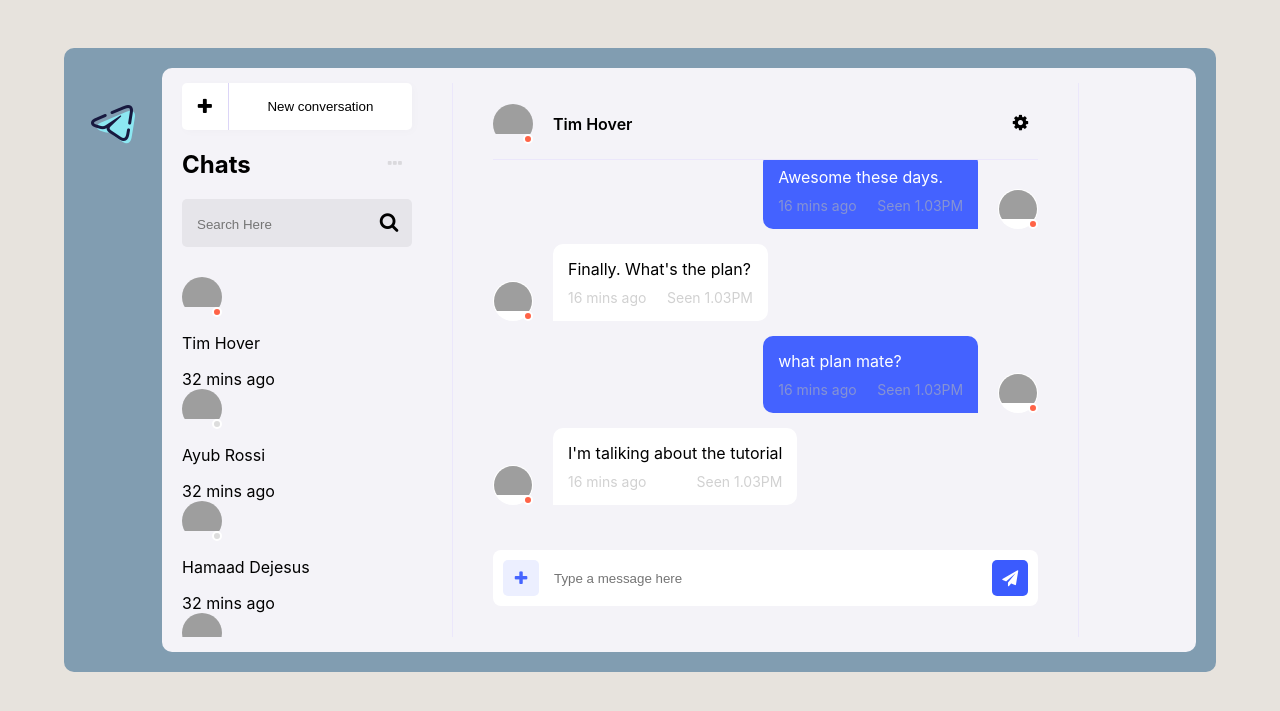
Repository: ComplexCodes/Chat-app
Page: /
The author's editor kept a copy of each file at every save. The page is drawn from the files as they stood at one save, then again after the next save.
The browser window is 1280 px wide. The pictures show the whole page.
Pictures or frames that could not be fetched are drawn as grey boxes. An inner scrolling area shows only its first screen. The project was rebuilt for these pictures with package versions that can differ from the ones it lists, and the page was loaded fresh each time.

Above is the page before, as saved 2023-06-26 09:43:41.

### public/index.html
<!DOCTYPE html>
<html lang="en">
  <head>
    <meta charset="utf-8" />
    <link rel="icon" href="%PUBLIC_URL%/favicon.ico" />
    <meta name="viewport" content="width=device-width, initial-scale=1" />
    <meta name="theme-color" content="#000000" />
    <meta
      name="description"
      content="Web site created using create-react-app"
    />
    <link rel="apple-touch-icon" href="%PUBLIC_URL%/logo192.png" />
    <!--
      manifest.json provides metadata used when your web app is installed on a
      user's mobile device or desktop. See https://developers.google.com/web/fundamentals/web-app-manifest/
    -->
    <link rel="manifest" href="%PUBLIC_URL%/manifest.json" />
    <!--
      Notice the use of %PUBLIC_URL% in the tags above.
      It will be replaced with the URL of the `public` folder during the build.
      Only files inside the `public` folder can be referenced from the HTML.

      Unlike "/favicon.ico" or "favicon.ico", "%PUBLIC_URL%/favicon.ico" will
      work correctly both with client-side routing and a non-root public URL.
      Learn how to configure a non-root public URL by running `npm run build`.
    -->
    <title>React Chat App</title>
    <link
    rel="stylesheet"
       href="https://stackpath.bootstrapcdn.com/font-awesome/4.7.0/css/font-awesome.min.css"
    />
  </head>
  <body>

    <div id="root"></div>
    <!--
      This HTML file is a template.
      If you open it directly in the browser, you will see an empty page.

      You can add webfonts, meta tags, or analytics to this file.
      The build step will place the bundled scripts into the <body> tag.

      To begin the development, run `npm start` or `yarn start`.
      To create a production bundle, use `npm run build` or `yarn build`.
    -->
  </body>
</html>

### src/App.js
import react from "react";
import './App.css';
import Nav from "./components/nav/Nav";
import ChatBody from "./components/chatBody/ChatBody";

function App() {
  return (
    <div className="_main">
      <Nav />
      <ChatBody />
    </div>
  );
}

export default App;

### src/App.css
*{
  box-sizing: border-box;
}
html,
body{
  height: 100%;
}
#root {
  background-color: rgb(231, 227, 221);
  display: flex;
  justify-content: center;
  align-items: center;
  height: 100%;
}
._main {
  max-width: 90%;
  margin: auto;
  background-color: #819db1;
  min-height: 80vh;
  width: 100%;
  border-radius: 10px;
  padding: 20px;
  display: flex;
  padding-left: 0;
}
.btn {
  background-color: #fff;
  border: none;
  outline: none;
  cursor: pointer;
  width: 230px;
  height: 47px;
  line-height: 47px;
  border-radius: 5px;
  box-shadow: 2px 2px 10px rgba(0, 0, 0, 0.02);
  display: flex;
  padding: 0;
  transition: all 0.3s ease-in-out;
}
.btn:hover {
  background-color: #4664ff;
  color: #fff;
  transform: scale(1.02);
}
.btn i {
  flex: 0.2;
  display: flex;
  justify-content: center;
  align-items: center;
  height: 100%;
  font-size: 18px;
  border-right: 1px solid #dcd5f7;
}
.btn span {
  flex: 0.8;
  display: flex;
  justify-content: center;
  align-items: center;
}

/* width */
::-webkit-scrollbar {
  width: 5px;
}

/* Track */
::-webkit-scrollbar-track {
  background: #f1f1f1;
}

/* Handle */
::-webkit-scrollbar-thumb {
  background: #6c84ff;
  border-radius: 10px;
}

/* Handle on hover */
::-webkit-scrollbar-thumb:hover {
  background: #3b5bfe;
}

### src/components/nav/Nav.js
import React, { Component } from 'react';
import "./nav.css";
import logo from"./../../images/logo.png";

export default class Nav extends Component {
    render() {
        return(
            <div className='nav'>
               <div className='nav_blocks'>
                  <img src = {logo}></img>
               </div>
               <div className='nav_blocks'></div>
               <div className='nav_blocks'></div>
            </div>
        )
    }
}

### src/components/chatBody/ChatBody.js
import React, { Component } from "react";
import "./chatBody.css";
import ChatList from "../chatList/ChatList";
import ChatContent from "../chatContent/ChatContent";
import UserProfile from "../userProfile/UserProfile";

export default class chatBody extends Component {
    render() {
        return (
        <div className="main_chatbody">
            <ChatList />
            <ChatContent />
            <UserProfile />
        </div>
        );
    }
}

### src/components/nav/nav.css
.nav {
    max-width: 100px;
    display: flex;
    justify-content: space-between;
    flex-direction: column;
    padding: 0 25px;
    padding-top: 30px;
  }
  .nav img {
    display: block;
    max-width: 100%;
    cursor: pointer;
  }

### src/components/chatBody/chatBody.css
.main_chatbody {
    flex-grow: 1;
    background-color: #f4f3f8;
    border-radius: 10px;
    padding: 15px 20px;
    display: flex;
  }

### src/components/chatList/ChatList.js
import React, { Component } from "react";
import "./chatList.css";
import ChatListItems from "./ChatListItems";

export default class ChatList extends Component {
  allChatUsers = [
    {
      image:
        "https://encrypted-tbn0.gstatic.com/images?q=tbn%3AANd9GcTA78Na63ws7B7EAWYgTr9BxhX_Z8oLa1nvOA&usqp=CAU",
      id: 1,
      name: "Tim Hover",
      active: true,
      isOnline: true,
    },
    {
      image:
        "https://pbs.twimg.com/profile_images/1055263632861343745/vIqzOHXj.jpg",
      id: 2,
      name: "Ayub Rossi",
      active: false,
      isOnline: false,
    },
    {
      image:
        "https://encrypted-tbn0.gstatic.com/images?q=tbn%3AANd9GcTQEZrATmgHOi5ls0YCCQBTkocia_atSw0X-Q&usqp=CAU",
      id: 3,
      name: "Hamaad Dejesus",
      active: false,
      isOnline: false,
    },
    {
      image:
        "https://encrypted-tbn0.gstatic.com/images?q=tbn%3AANd9GcRZ6tM7Nj72bWjr_8IQ37Apr2lJup_pxX_uZA&usqp=CAU",
      id: 4,
      name: "Eleni Hobbs",
      active: false,
      isOnline: true,
    },
    {
      image:
        "https://encrypted-tbn0.gstatic.com/images?q=tbn%3AANd9GcRJo1MiPQp3IIdp54vvRDXlhbqlhXW9v1v6kw&usqp=CAU",
      id: 5,
      name: "Elsa Black",
      active: false,
      isOnline: false,
    },
    {
      image:
        "https://huber.ghostpool.com/wp-content/uploads/avatars/3/596dfc2058143-bpfull.png",
      id: 6,
      name: "Kayley Mellor",
      active: false,
      isOnline: true,
    },
    {
      image:
        "https://www.paintingcontest.org/components/com_djclassifieds/assets/images/default_profile.png",
      id: 7,
      name: "Hasan Mcculloch",
      active: false,
      isOnline: true,
    },
    {
      image:
        "https://auraqatar.com/projects/Anakalabel/media//vesbrand/designer4.jpg",
      id: 8,
      name: "Autumn Mckee",
      active: false,
      isOnline: false,
    },
    {
      image:
        "https://encrypted-tbn0.gstatic.com/images?q=tbn%3AANd9GcSM6p4C6imkewkCDW-9QrpV-MMAhOC7GnJcIQ&usqp=CAU",
      id: 9,
      name: "Allen Woodley",
      active: false,
      isOnline: true,
    },
    {
      image: "https://pbs.twimg.com/profile_images/770394499/female.png",
      id: 10,
      name: "Manpreet David",
      active: false,
      isOnline: true,
    },
  ];
  constructor(props) {
    super(props);
    this.state = {
      allChats: this.allChatUsers,
    };
  }
  render() {
    return (
      <div className="main_chatlist">
        <button className="btn">
          <i className="fa fa-plus"></i>
          <span>New conversation</span>
        </button>
        <div className="chatlist_heading">
          <h2>Chats</h2>
          <button className="btn-nobg">
            <i className="fa fa-ellipsis-h"></i>
          </button>
        </div>
        <div className="chatList_search">
          <div className="search_wrap">
            <input type="text" placeholder="Search Here" required />
            <button className="search-btn">
              <i className="fa fa-search"></i>
            </button>
          </div>
        </div>
        <div className="chatlist_items">
          {this.state.allChats.map((item, index) => {
            return (
              <ChatListItems
                name={item.name}
                key={item.id}
                animationDelay={index + 1}
                active={item.active ? "active" : ""}
                isOnline={item.isOnline ? "active" : ""}
                image={item.image}
              />
            );
          })}
        </div>
      </div>
    );
  }
}

### src/components/chatContent/ChatContent.js
import React, { Component, useState, createRef, useEffect } from "react";

import "./chatContent.css";
import Avatar from "../chatList/Avatar";
import ChatItem from "./ChatItem";

export default class ChatContent extends Component {
  messagesEndRef = createRef(null);
  chatItms = [
    {
      key: 1,
      image:
        "https://pbs.twimg.com/profile_images/1116431270697766912/-NfnQHvh_400x400.jpg",
      type: "",
      msg: "Hi Tim, How are you?",
    },
    {
      key: 2,
      image:
        "https://encrypted-tbn0.gstatic.com/images?q=tbn%3AANd9GcTA78Na63ws7B7EAWYgTr9BxhX_Z8oLa1nvOA&usqp=CAU",
      type: "other",
      msg: "I am fine.",
    },
    {
      key: 3,
      image:
        "https://encrypted-tbn0.gstatic.com/images?q=tbn%3AANd9GcTA78Na63ws7B7EAWYgTr9BxhX_Z8oLa1nvOA&usqp=CAU",
      type: "other",
      msg: "What about you?",
    },
    {
      key: 4,
      image:
        "https://pbs.twimg.com/profile_images/1116431270697766912/-NfnQHvh_400x400.jpg",
      type: "",
      msg: "Awesome these days.",
    },
    {
      key: 5,
      image:
        "https://encrypted-tbn0.gstatic.com/images?q=tbn%3AANd9GcTA78Na63ws7B7EAWYgTr9BxhX_Z8oLa1nvOA&usqp=CAU",
      type: "other",
      msg: "Finally. What's the plan?",
    },
    {
      key: 6,
      image:
        "https://pbs.twimg.com/profile_images/1116431270697766912/-NfnQHvh_400x400.jpg",
      type: "",
      msg: "what plan mate?",
    },
    {
      key: 7,
      image:
        "https://encrypted-tbn0.gstatic.com/images?q=tbn%3AANd9GcTA78Na63ws7B7EAWYgTr9BxhX_Z8oLa1nvOA&usqp=CAU",
      type: "other",
      msg: "I'm taliking about the tutorial",
    },
  ];

  constructor(props) {
    super(props);
    this.state = {
      chat: this.chatItms,
      msg: "",
    };
  }

  scrollToBottom = () => {
    this.messagesEndRef.current.scrollIntoView({ behavior: "smooth" });
  };

  componentDidMount() {
    window.addEventListener("keydown", (e) => {
      if (e.keyCode == 13) {
        if (this.state.msg != "") {
          this.chatItms.push({
            key: 1,
            type: "",
            msg: this.state.msg,
            image:
              "https://pbs.twimg.com/profile_images/1116431270697766912/-NfnQHvh_400x400.jpg",
          });
          this.setState({ chat: [...this.chatItms] });
          this.scrollToBottom();
          this.setState({ msg: "" });
        }
      }
    });
    this.scrollToBottom();
  }
  onStateChange = (e) => {
    this.setState({ msg: e.target.value });
  };

  render() {
    return (
      <div className="main__chatcontent">
        <div className="content__header">
          <div className="blocks">
            <div className="current-chatting-user">
              <Avatar
                isOnline="active"
                image="https://encrypted-tbn0.gstatic.com/images?q=tbn%3AANd9GcTA78Na63ws7B7EAWYgTr9BxhX_Z8oLa1nvOA&usqp=CAU"
              />
              <p>Tim Hover</p>
            </div>
          </div>

          <div className="blocks">
            <div className="settings">
              <button className="btn-nobg">
                <i className="fa fa-cog"></i>
              </button>
            </div>
          </div>
        </div>
        <div className="content__body">
          <div className="chat__items">
            {this.state.chat.map((itm, index) => {
              return (
                <ChatItem
                  animationDelay={index + 2}
                  key={itm.key}
                  user={itm.type ? itm.type : "me"}
                  msg={itm.msg}
                  image={itm.image}
                />
              );
            })}
            <div ref={this.messagesEndRef} />
          </div>
        </div>
        <div className="content__footer">
          <div className="sendNewMessage">
            <button className="addFiles">
              <i className="fa fa-plus"></i>
            </button>
            <input
              type="text"
              placeholder="Type a message here"
              onChange={this.onStateChange}
              value={this.state.msg}
            />
            <button className="btnSendMsg" id="sendMsgBtn">
              <i className="fa fa-paper-plane"></i>
            </button>
          </div>
        </div>
      </div>
    );
  }
}

### src/components/userProfile/UserProfile.js
import React, { Component } from "react";

export default class UserProfile extends Component{
    render() {
        return <div></div>;
    }
}

### src/components/chatList/chatList.css
.main_chatlist {
    border-right: 1px solid #ebe7fb;
    padding: 0 40px 0 0px;
  }
  .chatlist_heading {
    display: flex;
    justify-content: space-between;
    align-items: center;
  }
  .btn-nobg {
    background-color: transparent;
    border: none;
    box-shadow: none;
    font-size: 18px;
    cursor: pointer;
    padding: 10px;
    color: #dad9dd;
    outline: none;
  }
  .search_wrap {
    background-color: #e6e5ea;
    border-radius: 5px;
  }
  .search_wrap input {
    background-color: transparent;
    border: none;
    padding: 15px 15px;
    outline: none;
    width: 80%;
    padding-right: 0;
  }
  .search-btn {
    height: 46px;
    border: none;
    background-color: transparent;
    outline: none;
    width: 20%;
    cursor: pointer;
    font-size: 20px;
  }
  .chatlist_items {
    margin-top: 30px;
    overflow: auto;
    max-height: calc(100vh - calc(100vh / 2));
  }

  .chatlist_item {
    display: flex;
    border-bottom: 1px solid #ebe7fb;
    padding-bottom: 10px;
    margin-top: 10px;
    cursor: pointer;
    padding: 10px 10px 10px 20px;
    transition: all 0.3s cubic-bezier(0.88, 0.19, 0.37, 1.11);
    transform: scale(0);
    animation-name: showIn;
    animation-duration: 0.2s; /* or: Xms */
    animation-iteration-count: 1;
    animation-direction: normal; /* or: normal */
    animation-timing-function: cubic-bezier(
      0.88,
      0.19,
      0.37,
      1.11
    ); /* or: ease, ease-in, ease-in-out, linear, cubic-bezier(x1, y1, x2, y2) */
    animation-fill-mode: both; /* or: backwards, both, none */
    animation-delay: 0.1s; /* or: Xms */
  }
  @keyframes showIn {
    0% {
      transform: scale(0);
    }
    100% {
      transform: scale(1);
    }
  }
  .chatlist_item:first-child {
    margin-top: 0;
  }
  .avatar {
    width: 40px;
    height: 40px;
    border-radius: 50%;

    margin-right: 20px;
    position: relative;
  }
  .avatar img {
    max-width: 100%;
    object-fit: cover;
  }

  .chatlist_item .userMeta p {
    margin: 0;
    padding: 0;
    color: #000;
    font-weight: 600;
    font-size: 14px;
  }
  .chatlist_item .userMeta span {
    margin: 0;
    padding: 0;
    color: #ceccd3;
    font-weight: 400;
    font-size: 12px;
    display: block;
  }
  .chatlist_item:hover,
  .chatlist_item.active {
    background: #fff;

    border-radius: 10px;
  }
  .isOnline {
    position: absolute;
    width: 10px;
    height: 10px;
    position: absolute;
    bottom: 0;
    right: 0;
    background-color: #ddd;
    border-radius: 50%;
    border: 2px solid #fff;
  }
  .isOnline.active {
    background-color: tomato;
  }
  .avatar-img {
    overflow: hidden;
    border-radius: 50%;
    width: 100%;
    height: 100%;
  }

### src/components/chatList/ChatListItems.js
import React, { Component } from "react";
import Avatar from "./Avatar";

export default class ChatListItems extends Component {
  constructor(props) {
    super(props);
  }
  selectChat = (e) => {
    for (
      let index = 0;
      index < e.currentTarget.parentNode.children.length;
      index++
    ) {
      e.currentTarget.parentNode.children[index].classList.remove("active");
    }
    e.currentTarget.classList.add("active");
  };

  render() {
    return (
      <div
        style={{ animationDelay: `0.${this.props.animationDelay}s` }}
        onClick={this.selectChat}
        className={`chatlist__item ${
          this.props.active ? this.props.active : ""
        } `}
      >
        <Avatar
          image={
            this.props.image ? this.props.image : "http://placehold.it/80x80"
          }
          isOnline={this.props.isOnline}
        />

        <div className="userMeta">
          <p>{this.props.name}</p>
          <span className="activeTime">32 mins ago</span>
        </div>
      </div>
    );
  }
}

### src/components/chatContent/chatContent.css
.main__chatcontent {
    flex-grow: 1;
    padding: 20px 40px;
    max-width: 63%;
    border-right: 1px solid #ebe7fb;
  }
  .content__header {
    padding-bottom: 15px;
    border-bottom: 1px solid #ebe7fb;
  }
  .current-chatting-user {
    display: flex;
    align-items: center;
  }
  .current-chatting-user p {
    margin: 0;
    font-weight: 600;
  }
  .content__header {
    display: flex;
    justify-content: space-between;
    align-items: center;
  }
  .settings .btn-nobg {
    color: #000;
  }
  .content__body {
    max-height: calc(100vh - calc(100vh / 2));
    overflow: auto;
  }
  .chat__item {
    display: flex;
    justify-content: flex-end;
    align-items: flex-end;
    margin-bottom: 15px;
    transition: all 0.3s ease;
    transform: scale(0);
    transform-origin: right;
    animation-name: showIn;
    animation-duration: 0.2s; /* or: Xms */
    animation-iteration-count: 1;
    animation-direction: normal; /* or: normal */
    animation-timing-function: cubic-bezier(
      0.88,
      0.19,
      0.37,
      1.11
    ); /* or: ease, ease-in, ease-in-out, linear, cubic-bezier(x1, y1, x2, y2) */
    animation-fill-mode: both; /* or: backwards, both, none */
    animation-delay: 0.2s; /* or: Xms */
  }
  @keyframes showIn {
    0% {
      transform: scale(0);
    }
    100% {
      transform: scale(1);
    }
  }
  .chat__item .avatar {
    margin-right: 0px;
    margin-left: 20px;
    background: #fff;
    padding: 1px;
  }
  .chat__item__content {
    background-color: #4462ff;
    color: #fff;
    padding: 15px;
    border-radius: 10px 10px 0 10px;
    max-width: 50%;
    min-width: 215px;
  }
  .chat__item__content .chat__meta {
    justify-content: space-between;
    display: flex;
    margin-top: 10px;
  }
  .chat__item__content .chat__meta span {
    font-size: 14px;
    color: #8693d3;
    user-select: none;
  }
  .chat__msg {
    user-select: none;
  }

  .chat__item.other {
    flex-direction: row-reverse;
    transform-origin: left;
  }
  .chat__item.other .chat__item__content {
    background-color: #fff;
    color: #000;
    border-radius: 10px 10px 10px 0;
    max-width: 50%;
  }
  .chat__item.other .avatar {
    margin-right: 20px;
    margin-left: 0px;
  }
  .chat__item.other .chat__item__content .chat__meta span {
    color: #d1d1d1;
  }
  .content__footer {
    padding-top: 30px;
  }
  .sendNewMessage {
    background-color: #fff;
    display: flex;
    justify-content: space-between;
    padding: 10px;
    border-radius: 8px;
  }
  .sendNewMessage button {
    width: 36px;
    height: 36px;
    background-color: #ecefff;
    border: none;
    box-shadow: none;
    outline: none;
    cursor: pointer;
    font-size: 16px;
    color: #4665ff;
    padding: 0;
    border-radius: 5px;
    line-height: 36px;
    transition: all 0.3s cubic-bezier(0.88, 0.19, 0.37, 1.11);
  }
  .sendNewMessage button:hover {
    transform: scale(1.2);
  }
  .sendNewMessage button i {
    display: block;
  }
  .sendNewMessage input {
    flex-grow: 1;
    padding: 0 15px;
    background-color: transparent;
    border: none;
    outline: none;
  }
  #sendMsgBtn {
    background-color: #3b5bfe;
    color: #fff;
  }

### src/components/chatList/Avatar.js
import React, { Component } from "react";

export default class Avatar extends Component {
  constructor(props) {
    super(props);
  }
  render() {
    return (
      <div className="avatar">
        <div className="avatar-img">
          <img src={this.props.image} alt="#" />
        </div>
        <span className={`isOnline ${this.props.isOnline}`}></span>
      </div>
    );
  }
}

### src/components/chatContent/ChatItem.js
import React, { Component } from "react";
import Avatar from "../chatList/Avatar";

export default class ChatItem extends Component {
  constructor(props) {
    super(props);
  }
  render() {
    return (
      <div
        style={{ animationDelay: `0.8s` }}
        className={`chat__item ${this.props.user ? this.props.user : ""}`}
      >
        <div className="chat__item__content">
          <div className="chat__msg">{this.props.msg}</div>
          <div className="chat__meta">
            <span>16 mins ago</span>
            <span>Seen 1.03PM</span>
          </div>
        </div>
        <Avatar isOnline="active" image={this.props.image} />
      </div>
    );
  }
}

Loaded but not shown: src/index.js (common file); src/index.css (common file); src/reportWebVitals.js (common file)

After the next save:
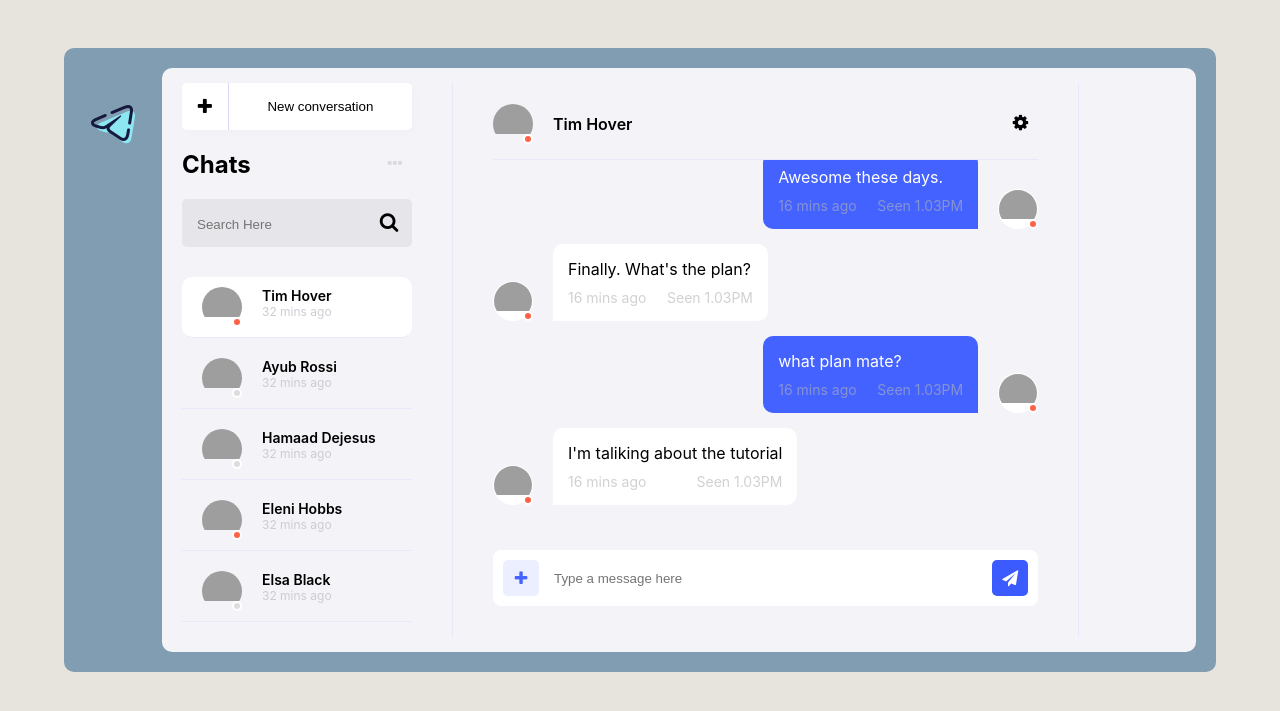
Saved 22 s later.
--- a/src/components/chatList/ChatListItems.js
+++ b/src/components/chatList/ChatListItems.js
@@ -21,7 +21,7 @@
       <div
         style={{ animationDelay: `0.${this.props.animationDelay}s` }}
         onClick={this.selectChat}
-        className={`chatlist__item ${
+        className={`chatlist_item ${
           this.props.active ? this.props.active : ""
         } `}
       >
